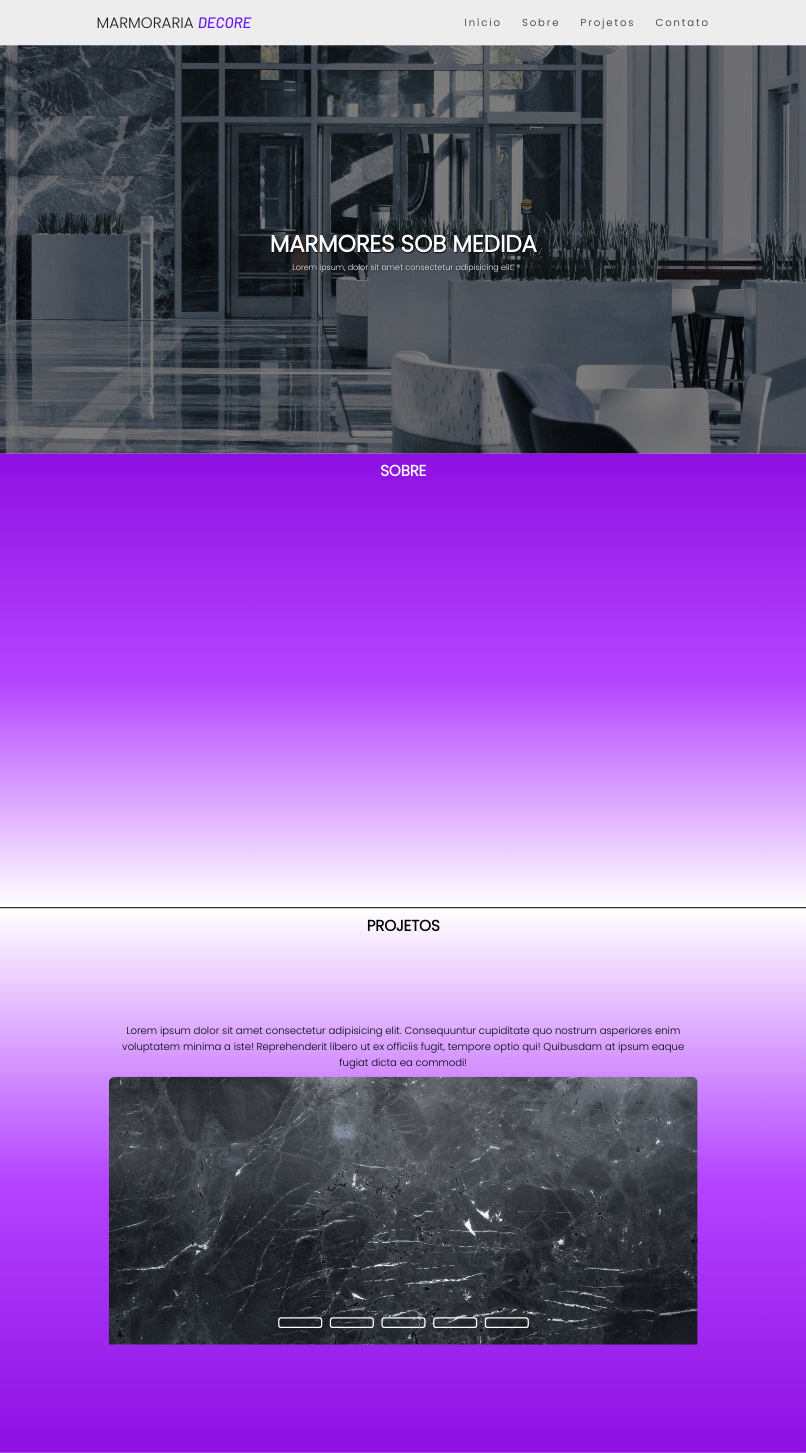
Repository: XFERRER7/projeto-xt7
Page: projetoMarmoraria/index.html
The author's editor kept a copy of each file at every save. The page is drawn from the files as they stood at one save, then again after the next save.
The browser window is 1280 px wide. The pictures show the whole page, at 63% of full size.

Above is the page before, as saved 2022-04-21 17:14:37.

After the next save:
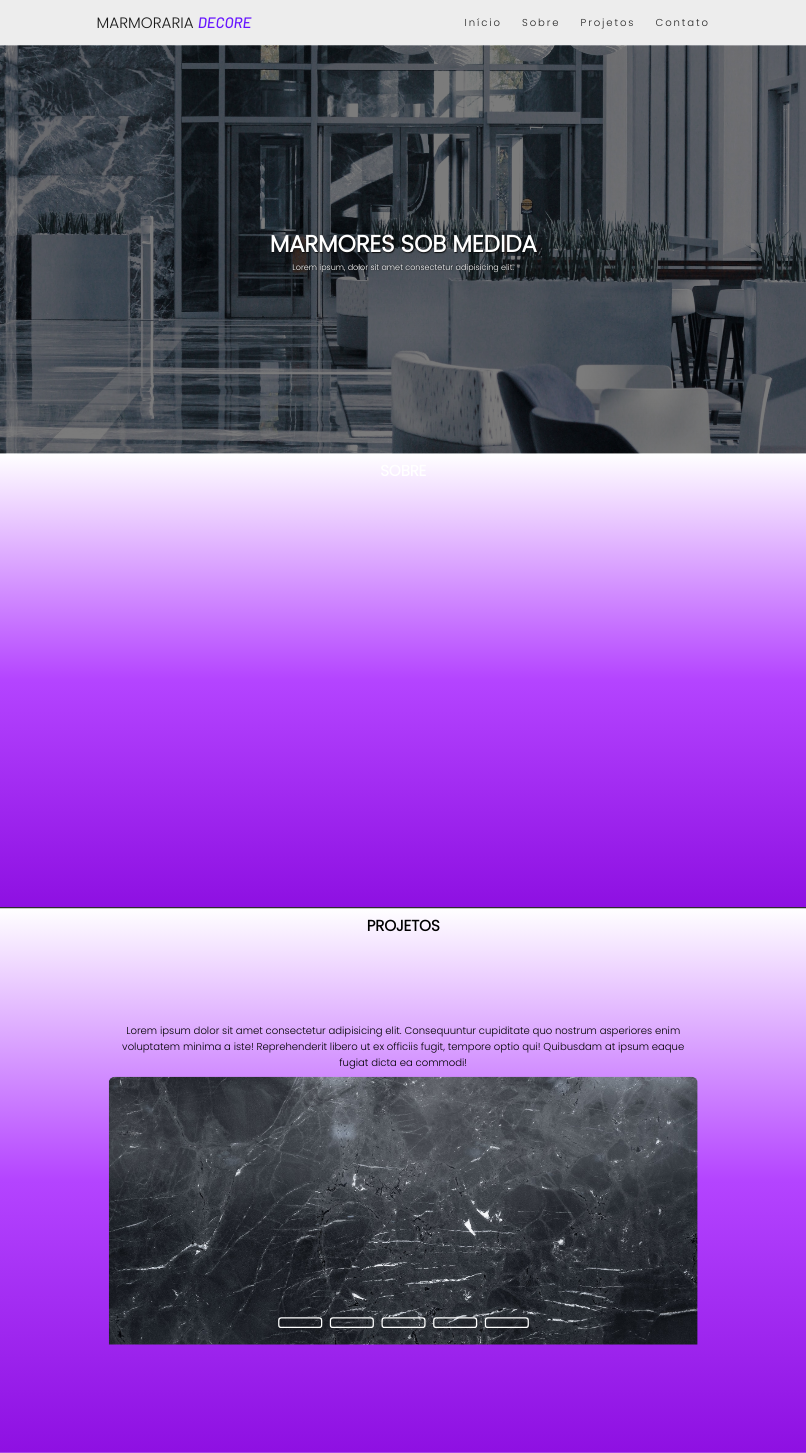
Saved 48 s later.
--- a/projetoMarmoraria/css/style.css
+++ b/projetoMarmoraria/css/style.css
@@ -181,7 +181,7 @@
 
 .section-b {
   height: 100vh;
-  background-image: linear-gradient(to top, #fff, rgb(180, 68, 255), rgb(142, 16, 226));
+  background-image: linear-gradient(to bottom, #fff, rgb(180, 68, 255), rgb(142, 16, 226));
 }
 
 #section-b-h1 {

After the save that followed:
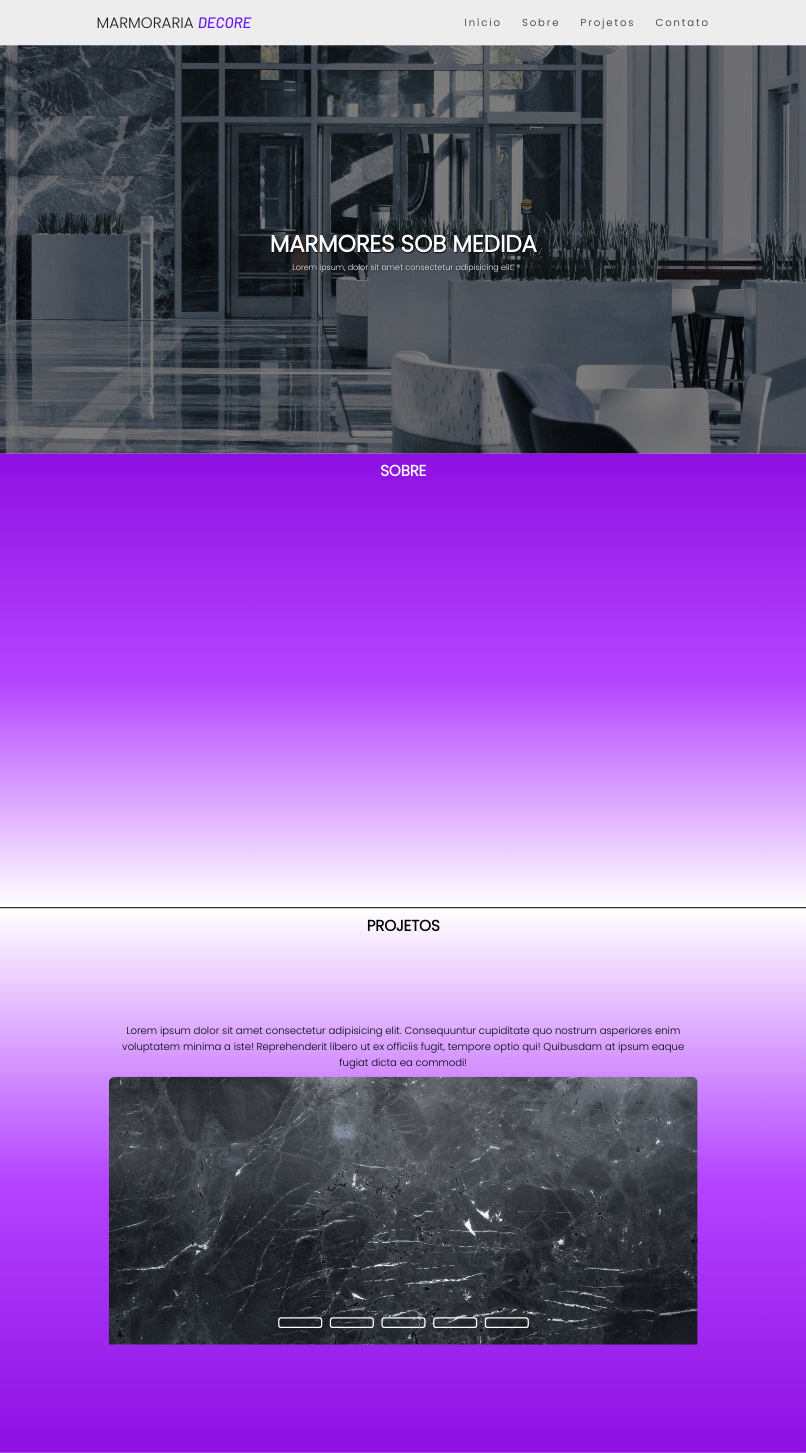
Saved 22 s later.
--- a/projetoMarmoraria/css/style.css
+++ b/projetoMarmoraria/css/style.css
@@ -181,7 +181,7 @@
 
 .section-b {
   height: 100vh;
-  background-image: linear-gradient(to bottom, #fff, rgb(180, 68, 255), rgb(142, 16, 226));
+  background-image: linear-gradient(to top, #fff, rgb(180, 68, 255), rgb(142, 16, 226));
 }
 
 #section-b-h1 {
